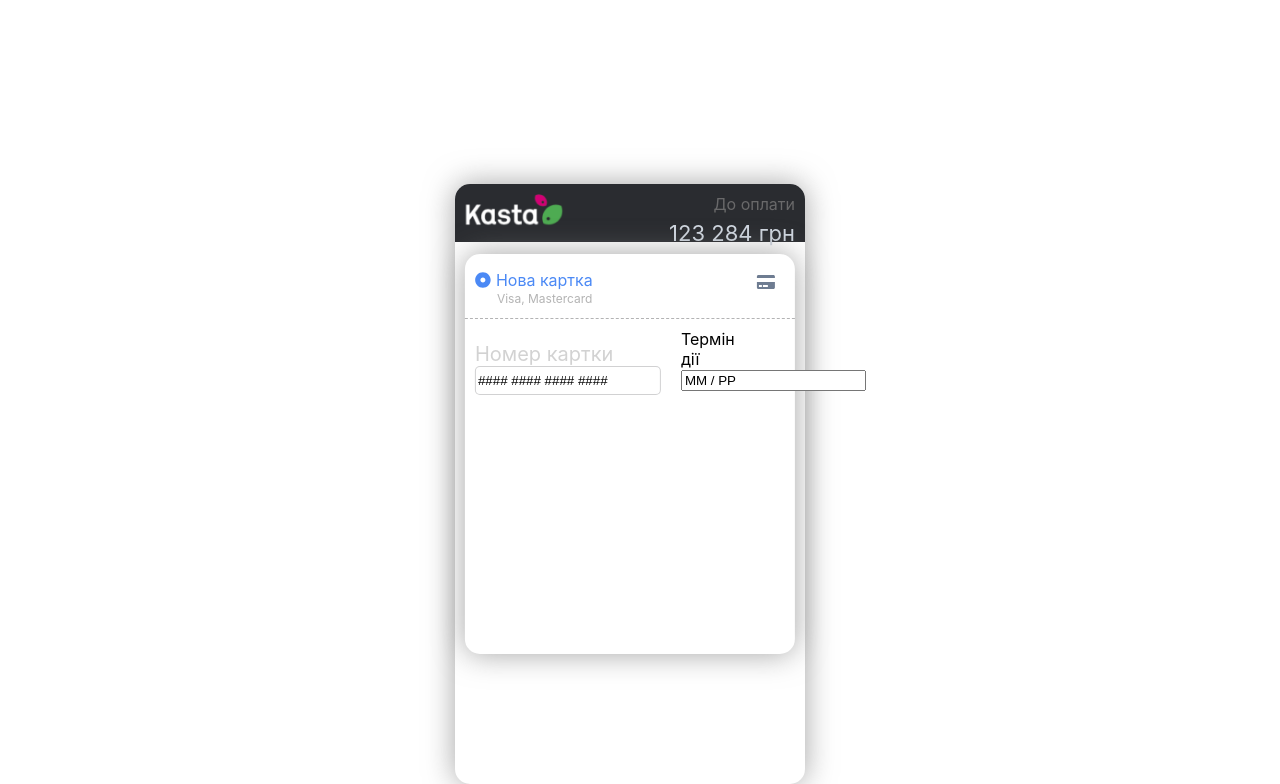
Repository: khamraeva/kasta
Page: /
An editor plug-in stored every save of this project. The page is shown before and after the next save, followed by the edit.
The browser window is 1280 px wide. The pictures show the whole page.
The project was rebuilt for these pictures with package versions that can differ from the ones it lists, and the page was loaded fresh each time.

Above is the page before, as saved 2020-03-02 17:56:11.

### public/index.html
<!DOCTYPE html>
<html lang="en">
  <head>
    <meta charset="utf-8" />
    <link rel="icon" href="%PUBLIC_URL%/favicon.ico" />
    <meta name="viewport" content="width=device-width, initial-scale=1" />
    <meta name="theme-color" content="#000000" />
    <meta
      name="description"
      content="Web site created using create-react-app"
    />
    <link rel="apple-touch-icon" href="%PUBLIC_URL%/logo192.png" />
    <!--
      manifest.json provides metadata used when your web app is installed on a
      user's mobile device or desktop. See https://developers.google.com/web/fundamentals/web-app-manifest/
    -->
    <link rel="manifest" href="%PUBLIC_URL%/manifest.json" />
    <!--
      Notice the use of %PUBLIC_URL% in the tags above.
      It will be replaced with the URL of the `public` folder during the build.
      Only files inside the `public` folder can be referenced from the HTML.

      Unlike "/favicon.ico" or "favicon.ico", "%PUBLIC_URL%/favicon.ico" will
      work correctly both with client-side routing and a non-root public URL.
      Learn how to configure a non-root public URL by running `npm run build`.
    -->
    <link rel="stylesheet" href="path/to/font-awesome/css/font-awesome.min.css">
    <title>React App</title>
  </head>
  <body>
    <noscript>You need to enable JavaScript to run this app.</noscript>
    <div id="root"></div>
    <!--
      This HTML file is a template.
      If you open it directly in the browser, you will see an empty page.

      You can add webfonts, meta tags, or analytics to this file.
      The build step will place the bundled scripts into the <body> tag.

      To begin the development, run `npm start` or `yarn start`.
      To create a production bundle, use `npm run build` or `yarn build`.
    -->
  </body>
</html>

### src/App.js
import React from 'react';
import Container from './components/Container/Container'

function App() {
  return (
    <Container />
  );
}

export default App;

### src/components/Container/Container.js
import React, { Component } from 'react';
import Header from '../Header/Header';
import PayForm from '../PayForm/PayForm';
import './container.css';

export default class Container extends Component {
    render() {
        return (
            <div className='form-container'>
                <Header />
                <PayForm />
            </div>
        )
    }
}

### src/components/Header/Header.js
import React, { Component } from 'react';
import Logo from './logo.png';
import './header.css';

export default class Header extends Component {
    render() {
        return (
            <div className='header'>
                <img className='logo' src={Logo} alt='logo' />
                <p className='topay'>До оплати</p>
                <p className='amount'>123 284 грн</p>
            </div>
        )
    }
}

### src/components/PayForm/PayForm.js
import React, { Component } from 'react';
import { FontAwesomeIcon } from '@fortawesome/react-fontawesome'
import { faCreditCard, faDotCircle } from '@fortawesome/free-solid-svg-icons'
import './payform.css';

export default class PayForm extends Component {
    render() {
        return (
            <div className='container'>
                <p className='new-card'>
                    <FontAwesomeIcon icon={faDotCircle} style={{color: 'rgb(75, 137, 245)'}}/>
                    <span style={{padding: '0 5px'}}>Нова картка</span>
                </p>
                <FontAwesomeIcon icon={faCreditCard} style={{color: 'rgb(110, 124, 145)'}}
                                className='card-icon'/>
                <p className='cards-name'> Visa, Mastercard </p>
                <div className='hr'/>
                <form className='card-form'>
                    <div className='card-number'>
                        <label> Номер картки </label><br/>
                        <input type="text" name="card-number" value="#### #### #### ####"/>
                    </div>
                    <div className='expiring'>
                        <label> Термін дії </label><br/>
                        <input type="text" name="card-number" value="MM / PP" />
                    </div>
                </form>

            </div>
        )
    }
}

### src/components/Container/container.css
.form-container {
    position: relative;
    transform: translate(130%, 28%);
    width: 350px;
    height: 600px;
    border-radius: 15px;
    box-shadow:  0 0 30px rgba(126, 126, 126, .7);
    z-index: 1;
}

### src/components/Header/header.css
.header {
    height: 8vh;
    background-color: rgb(42, 44, 48);
    border-radius: 15px 15px 0 0;
}
.topay {
    color: rgb(105, 105, 106);
    text-align: right;
    padding: 10px 10px 0 0;
}
.amount {
    color: rgb(207, 214, 223);
    text-align: right;
    font-size: 22px;
    margin-top: -10px;
    padding: 0 10px;
}
.logo {
    height: 5vh;
    padding: 10px 5px;
    float: left;
}

### src/components/PayForm/payform.css
.container {
    position: absolute;
    transform: translate(3%, 3%);
    width: 330px;
    height: 400px;
    border-radius: 15px;
    box-shadow:  0 0 30px rgba(126, 126, 126, .7);
    z-index: 10;
}
.new-card {
    padding: 0 10px;
    color: rgb(75, 137, 245);
    display: inline-block;
}
.card-icon {
    float: right;
    padding: 20px;
}
.cards-name {
    color: rgba(105, 105, 106, .5);
    font-size: 12px;
    padding: 0 32px;
    margin-top: -15px;
}
.hr {
    border-top: 1px dashed;
    color: rgba(105, 105, 106, .5);
}
/* .card-form {
    padding: 10px;
} */
.card-number {
    display: inline-block;
    padding: 10px;
}

.card-number label{
    color: rgba(105, 105, 106, .3);
    font-size: 20px;
}

.card-number input {
    width: 180px;
    height: 25px;
    border: 1px solid rgba(105, 105, 106, .3);
    border-radius: 5px;
}
.expiring {
    display: inline-block;
    padding: 10px;
    width: 60px;
    height: 25px;
}

Loaded but not shown: src/index.js (common file); src/index.css (common file); src/serviceWorker.js (common file)

After the next save:
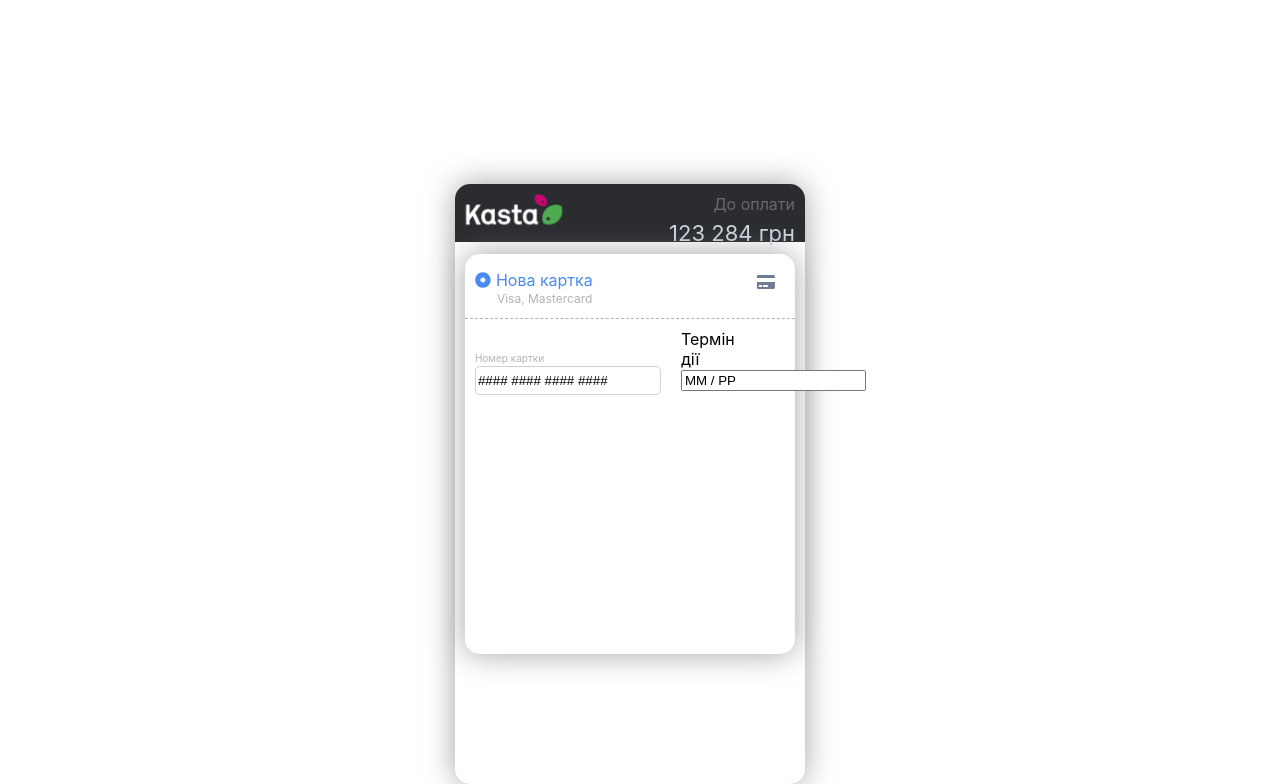
Saved 10 s later.
--- a/src/components/PayForm/payform.css
+++ b/src/components/PayForm/payform.css
@@ -35,8 +35,8 @@
 }
 
 .card-number label{
-    color: rgba(105, 105, 106, .3);
-    font-size: 20px;
+    color: rgba(105, 105, 106, .5);
+    font-size: 10px;
 }
 
 .card-number input {
